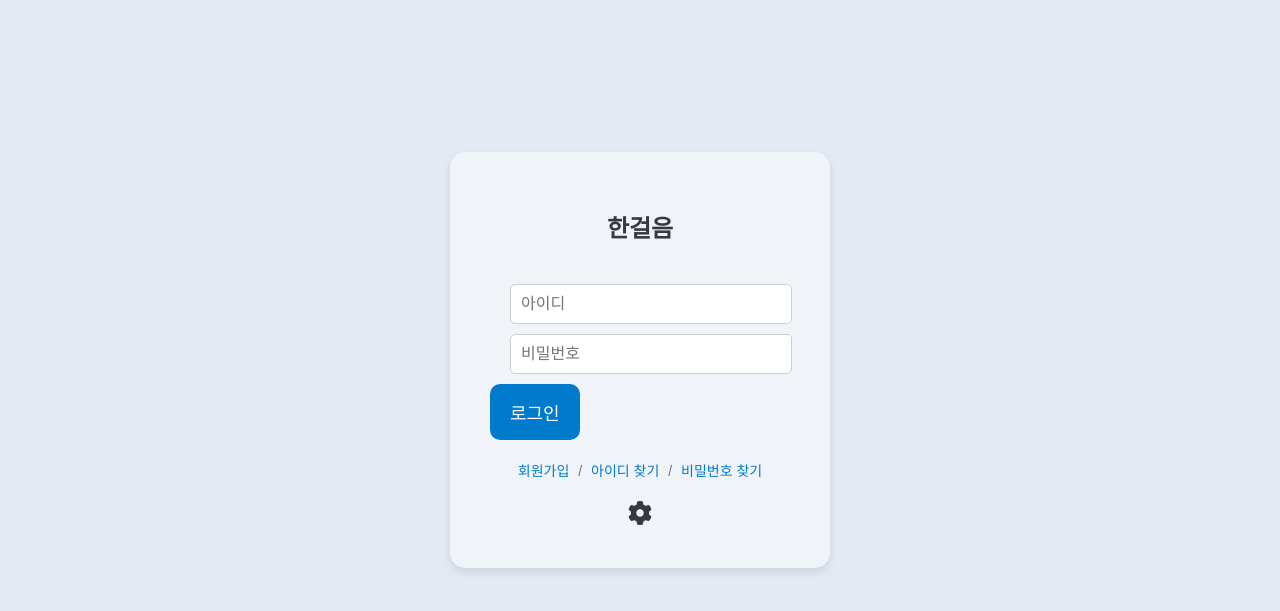
Repository: step-by-steps/step_by_steps_web
Page: http://localhost/login
These files come from the project's save history. The page is drawn as it stood at one moment and after a run of saves; the edit follows.
The browser window is 1280 px wide. The pictures show the whole page.
The page is served by the project's application, run on Flask 3 (main.py).

Above is the page before, as saved 2024-08-07 18:10:09.

After the next 2 saves:
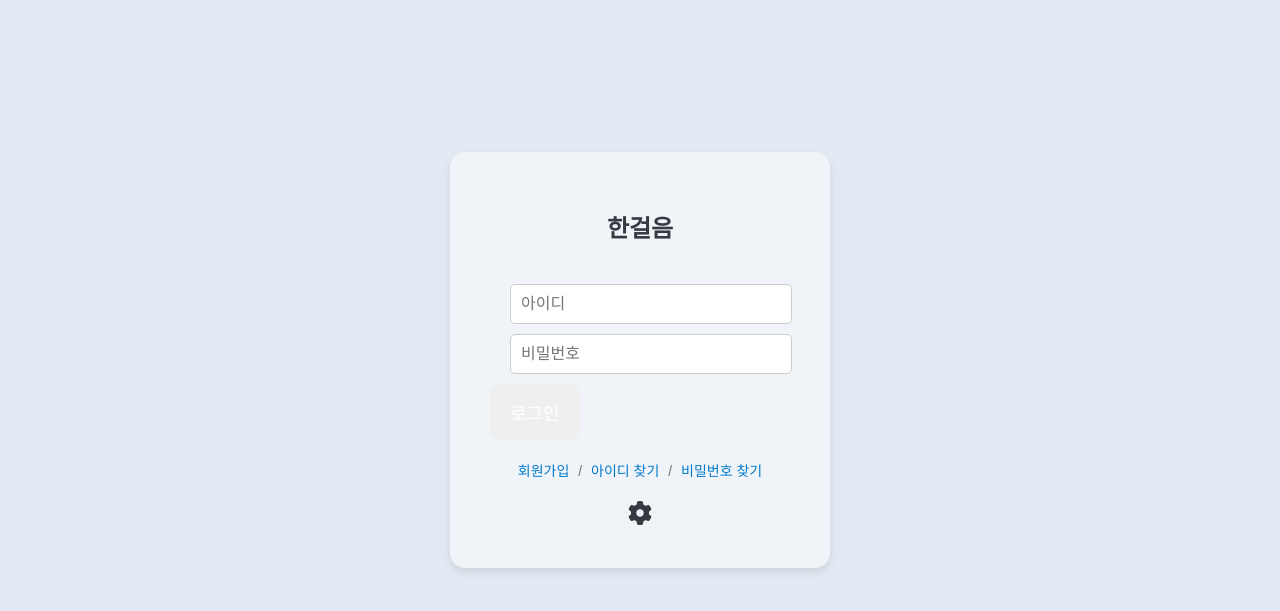
The 2 saves are shown as one change because they came seconds apart.
The last was saved 14 min 44 s later.
--- a/static/css/style.css
+++ b/static/css/style.css
@@ -26,6 +26,7 @@ h1 {
 
 a.btn, button.btn {
     display: block;
+    width: 100
     background-color: #007ACC; /* 선명한 파란색 버튼 */
     color: #fff;
     text-decoration: none;
